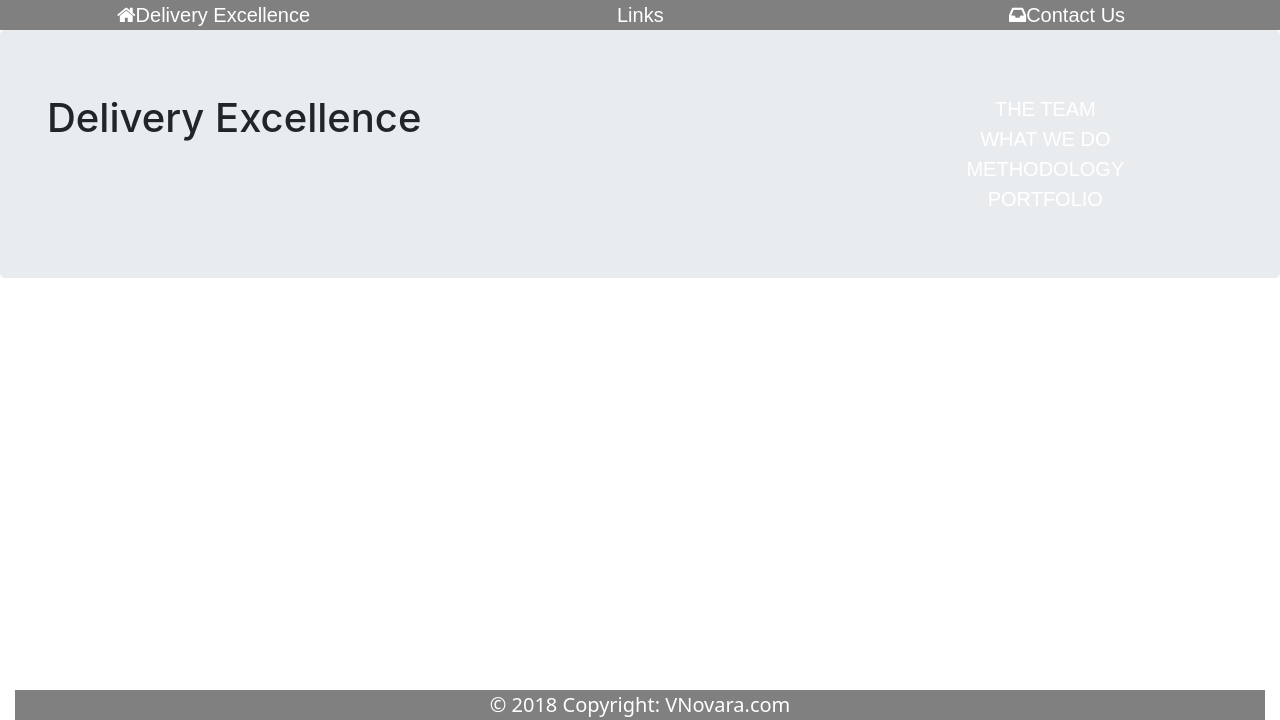
Repository: valenovi76/DeliveryExcellence
Page: index.html
The author's editor kept a record of every edit. The page is drawn from the files as they stood at one moment, then again after the next edit.
The browser window is 1280 px wide. The pictures show the whole page.

Above is the page before.

### index.html
<!DOCTYPE html>
<html lang="en">
<head>
    <meta charset="UTF-8">
    <meta name="viewport" content="width=device-width, initial-scale=1.0">
    <meta http-equiv="X-UA-Compatible" content="ie=edge">
    <link rel="stylesheet" href="https://stackpath.bootstrapcdn.com/bootstrap/4.3.1/css/bootstrap.min.css" integrity="sha384-ggOyR0iXCbMQv3Xipma34MD+dH/1fQ784/j6cY/iJTQUOhcWr7x9JvoRxT2MZw1T" crossorigin="anonymous">
    <link rel="stylesheet" href="https://stackpath.bootstrapcdn.com/font-awesome/4.7.0/css/font-awesome.min.css" type="text/css" />
    <link rel="stylesheet" href="https://cdnjs.cloudflare.com/ajax/libs/hover.css/2.3.1/css/hover-min.css" type="text/css" />
    <link rel="stylesheet" href="./assets/style.css" type="text/css" />
    <title>Document</title>
</head>
<body>
    <header>
        <div class="container-fluid">
            <div class= "row">
                <div class="col-sm home">
                    <a href="index.html" class="hvr-sweep-to-bottom"><i class="fa fa-home" aria-hidden="true"></i><span>Delivery Excellence</span></a>
                </div>
                <div class="col-sm links">
                    <a href="#" class="hvr-sweep-to-bottom"><i class="fas fa-grip-lines" aria-hidden="true"></i><span>Links</span></a>
                </div>
                <div class="col-sm contact">
                    <a href="#" class="hvr-sweep-to-bottom"><i class="fa fa-inbox" aria-hidden="true"></i><span>Contact Us</span></a>
                </div>
            </div>
        </div>
    </header>
    <section>

         <!-- Parallax 1-->


      <div class="jumbotron paral paralsec1">
          <div class="container-fluid">
              <div class="row">
                  <div class="col-8">
                      <h1 class "main_title">Delivery Excellence</h1>
                  </div>

                  <div class="col-4">
                          <nav class="nav flex-column" "text-justify">
    					  <a class="nav-link-who-we-are" href="who_we_are.html" target="_blank"><span>The team</span></a>
    					  <a class="nav-link-what-we-do" href="what_we_do.html" target="_blank"><span>What we do</span></a>
    					  <a class="nav-link-how-we-do-it" href="how_we_do_it.html" target="_blank"><span>Methodology</span></a>
    					  <a class="nav-link-portfolio" href="portfolio.html" target="_blank"><span>Portfolio</span></a>
                      </nav>
                  </div>
              </div>
          </div>
      </div>




    </section>

    <footer class="container-fluid font-small blue fixed-bottom">
                <div class="footer-copyright">
                    <a href="https://mdbootstrap.com/education/bootstrap/"> © 2018 Copyright: VNovara.com</a>
                </div>
    </footer>



</body>
</html>

### assets/style.css
/*----------------------------Header-----------------------*/

header{
    background-color:grey;
}
.col-sm {
    text-align:center;
}

a{
    font-family: "Fjalla Ona", sans-serif;
    font-weight: 100;
    font-size: 20px;
    color:white;
    text-align: center;
}

 a:hover {
  color: grey;
  text-decoration: none;
 }

.fa-grip-lines{
    color:#fafafa;
}

/*----------------------------navbar-----------------------*/
.nav{
    font-family: "Fjalla Ona", sans-serif;
    font-weight: 100;
    font-size: 25px;
    color:white;
    text-transform:uppercase;
    text-align: left;

}
 .nav: hover {
  color: grey;
  text-decoration: none;
 }
/*----------------------------Footer-----------------------*/
.container-fluid{
    margin-left: 0;
    margin-right:0;
}
.footer-copyright{
    background-color: grey;
    text-align: center;
}

.footer-copyright a {
    font-family:"Noto sans", sans-serif;
    font-weight:100;
    font-size:20px;
}

After the next edit:
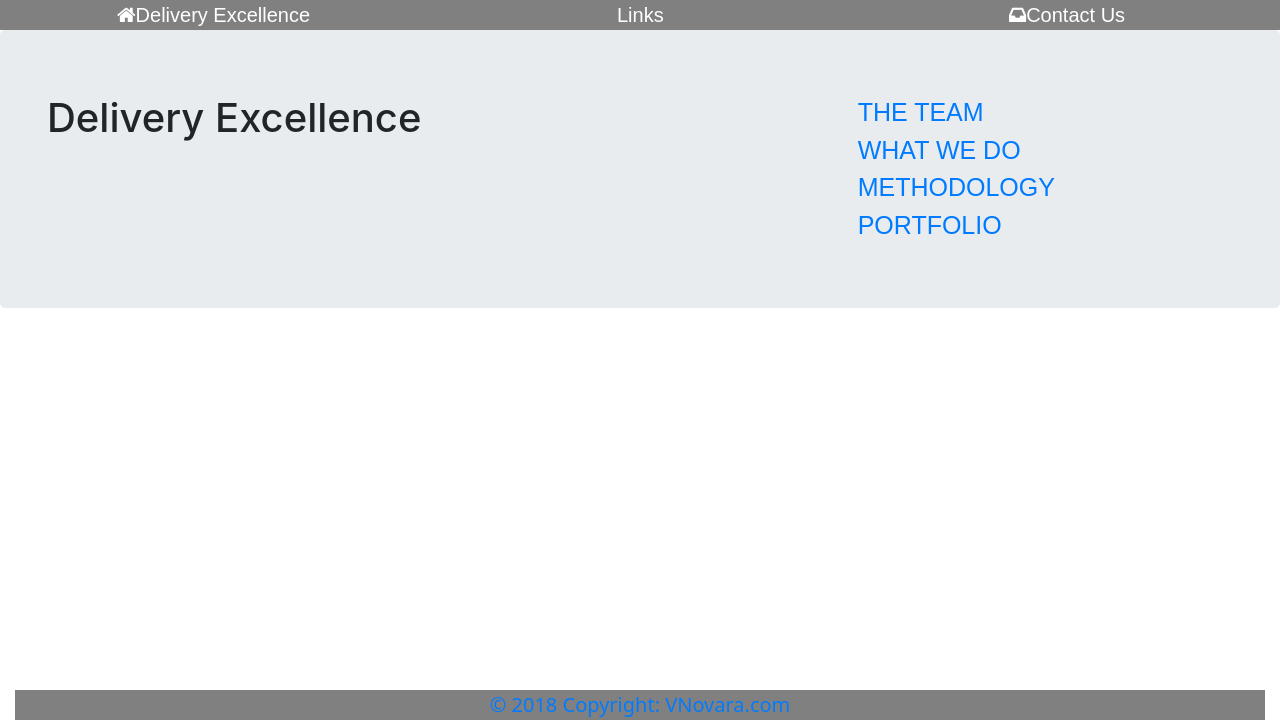
The edit:
--- a/assets/style.css
+++ b/assets/style.css
@@ -7,7 +7,7 @@
     text-align:center;
 }
 
-a{
+header a{
     font-family: "Fjalla Ona", sans-serif;
     font-weight: 100;
     font-size: 20px;
